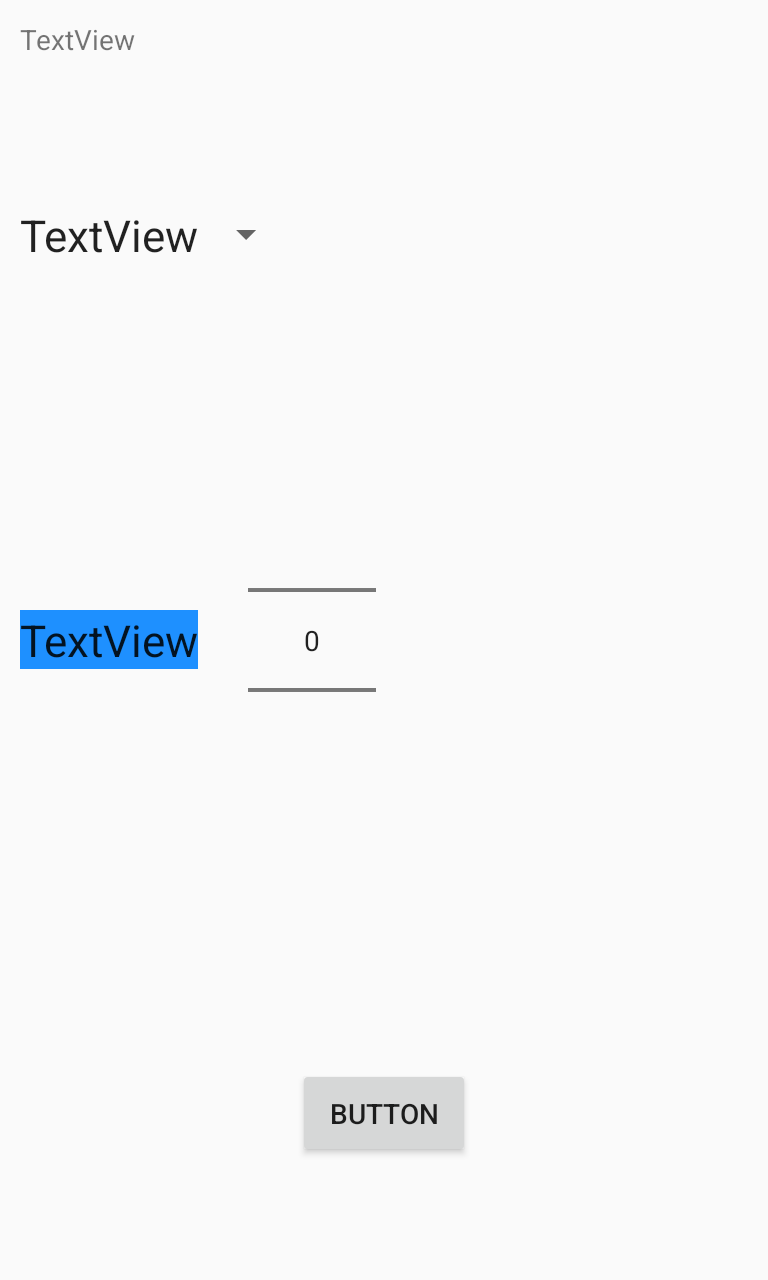
Repository: mimimy/MassagePro
Layout: BLE-Version/MassageTool/res/layout/base_pager.xml
The author's editor kept a copy of each file at every save. The layout is drawn from the files as they stood at one save, then again after the next save.
It is drawn on a 768 x 1280 px phone screen (xhdpi) without system bars, with theme AppTheme; the app's code is not run.

Above is the layout before, as saved 2018-07-29 00:52:30.

After the next save:
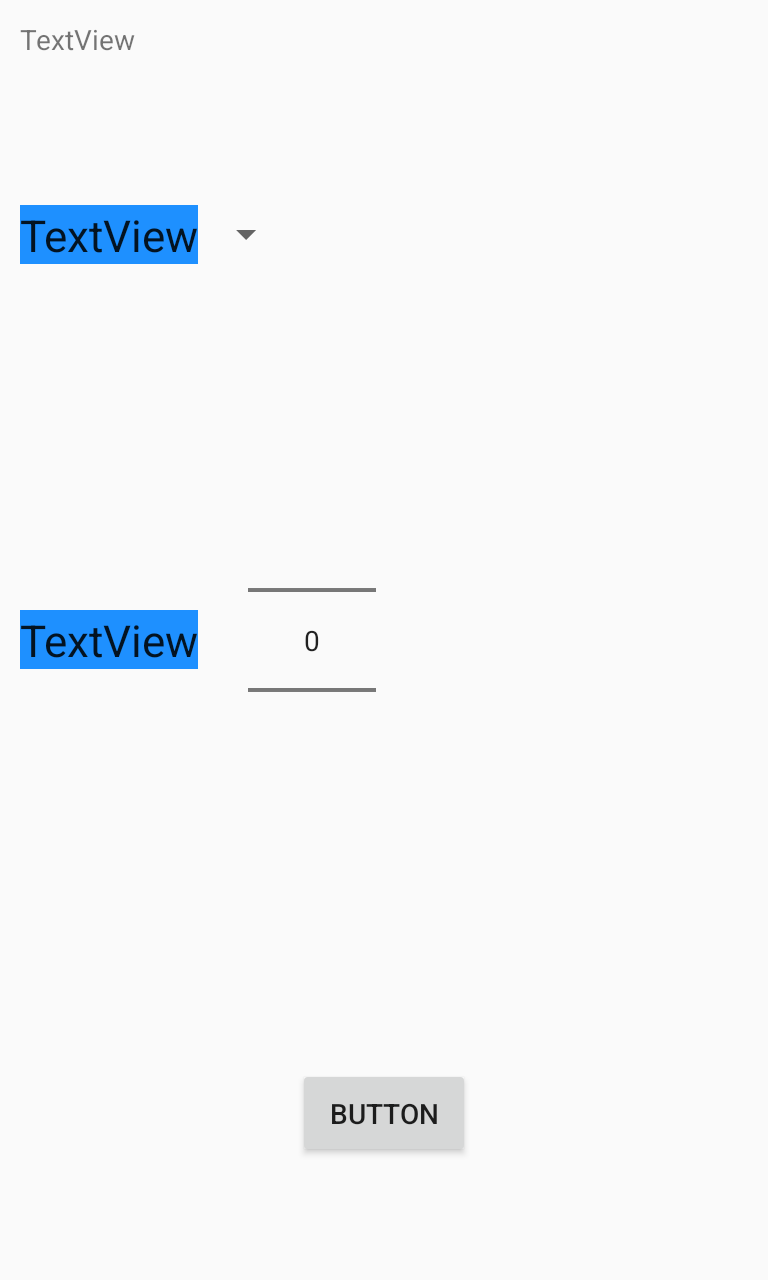
Saved 16 s later.
--- a/BLE-Version/MassageTool/res/layout/base_pager.xml
+++ b/BLE-Version/MassageTool/res/layout/base_pager.xml
@@ -23,6 +23,7 @@
             android:id="@+id/textView2"
             android:layout_width="wrap_content"
             android:layout_height="wrap_content"
+            android:background="#1E90FF"
             android:textAppearance="?android:attr/textAppearanceLarge"
             android:text="TextView" />
 
